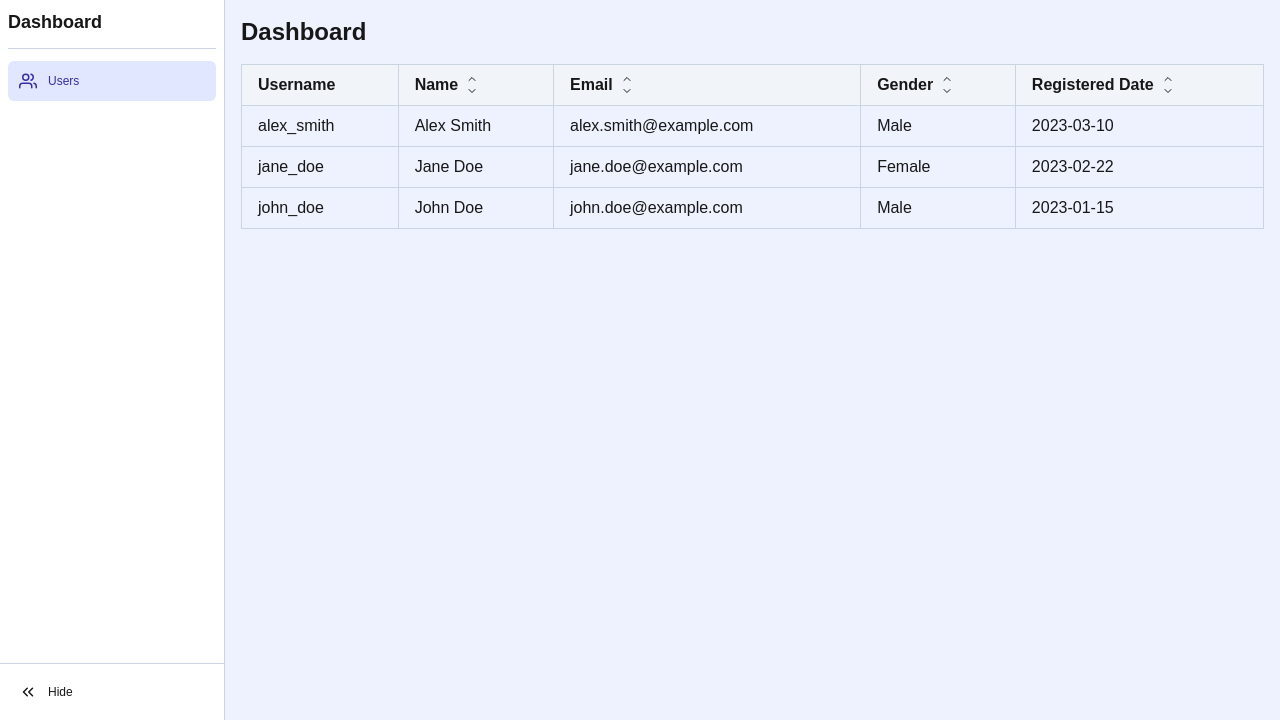
Repository: Ademaulana100499/userdashboard
Page: /
The author's editor kept a copy of each file at every save. The page is drawn from the files as they stood at one save, then again after the next save.
The browser window is 1280 px wide. The pictures show the whole page.
The project was rebuilt for these pictures with package versions that can differ from the ones it lists, and the page was loaded fresh each time. The framework's server and built-in components were replaced by stand-ins that run in the browser. Also part of the build but not shown: next.config.mjs.

Above is the page before, as saved 2025-02-14 18:58:18.

After the next save:
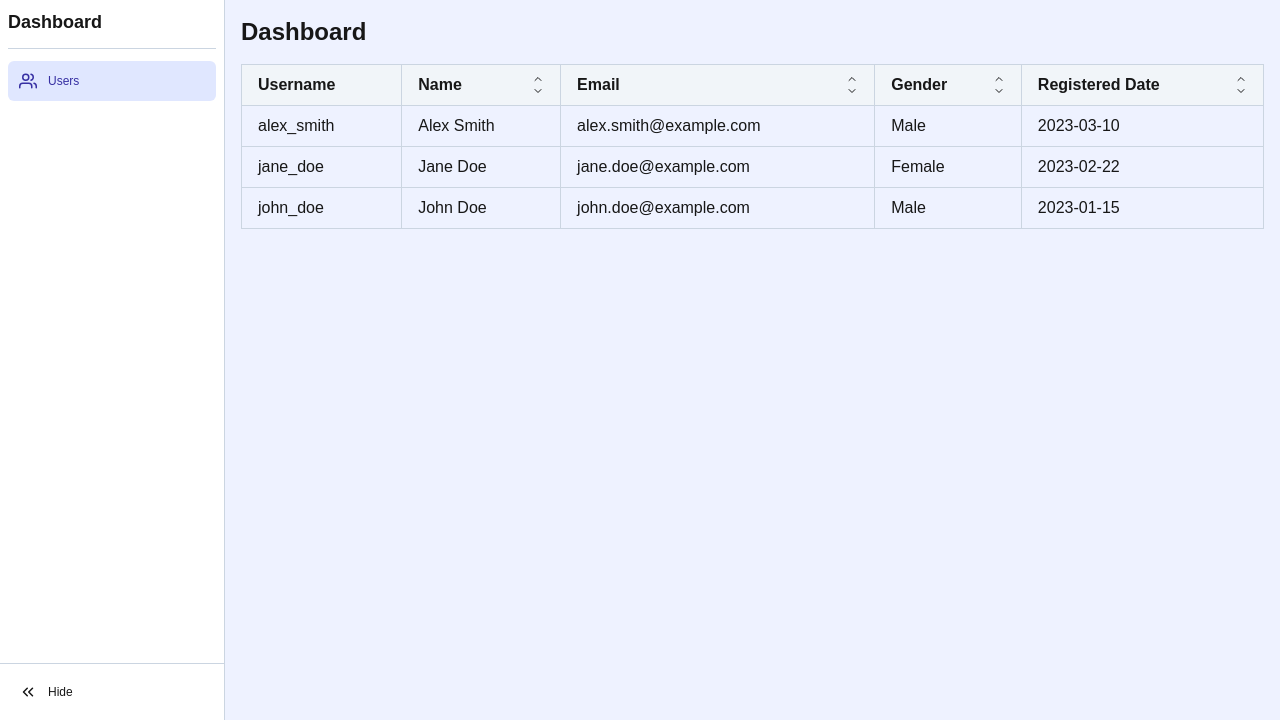
Saved 2 min 17 s later.
--- a/src/components/DashboardContent.jsx
+++ b/src/components/DashboardContent.jsx
@@ -76,9 +76,9 @@ const DashboardContent = () => {
             <th
               className="border border-slate-300 px-4 py-2 text-left cursor-pointer"
               onClick={() => requestSort("name")}>
-              <div className="flex items-center justify-start">
-                Name
-                <div className="flex flex-col ml-2">
+              <div className="flex justify-between items-center">
+                <span>Name</span>
+                <div className="flex flex-col items-center">
                   <FiChevronUp className="text-xs" />
                   <FiChevronDown className="text-xs" />
                 </div>
@@ -87,9 +87,9 @@ const DashboardContent = () => {
             <th
               className="border border-slate-300 px-4 py-2 text-left cursor-pointer"
               onClick={() => requestSort("email")}>
-              <div className="flex items-center justify-start">
-                Email
-                <div className="flex flex-col ml-2">
+              <div className="flex justify-between items-center">
+                <span>Email</span>
+                <div className="flex flex-col items-center">
                   <FiChevronUp className="text-xs" />
                   <FiChevronDown className="text-xs" />
                 </div>
@@ -98,9 +98,9 @@ const DashboardContent = () => {
             <th
               className="border border-slate-300 px-4 py-2 text-left cursor-pointer"
               onClick={() => requestSort("gender")}>
-              <div className="flex items-center justify-start">
-                Gender
-                <div className="flex flex-col ml-2">
+              <div className="flex justify-between items-center">
+                <span>Gender</span>
+                <div className="flex flex-col items-center">
                   <FiChevronUp className="text-xs" />
                   <FiChevronDown className="text-xs" />
                 </div>
@@ -109,9 +109,9 @@ const DashboardContent = () => {
             <th
               className="border border-slate-300 px-4 py-2 text-left cursor-pointer"
               onClick={() => requestSort("registeredDate")}>
-              <div className="flex items-center justify-start">
-                Registered Date
-                <div className="flex flex-col ml-2">
+              <div className="flex justify-between items-center">
+                <span>Registered Date</span>
+                <div className="flex flex-col items-center">
                   <FiChevronUp className="text-xs" />
                   <FiChevronDown className="text-xs" />
                 </div>
